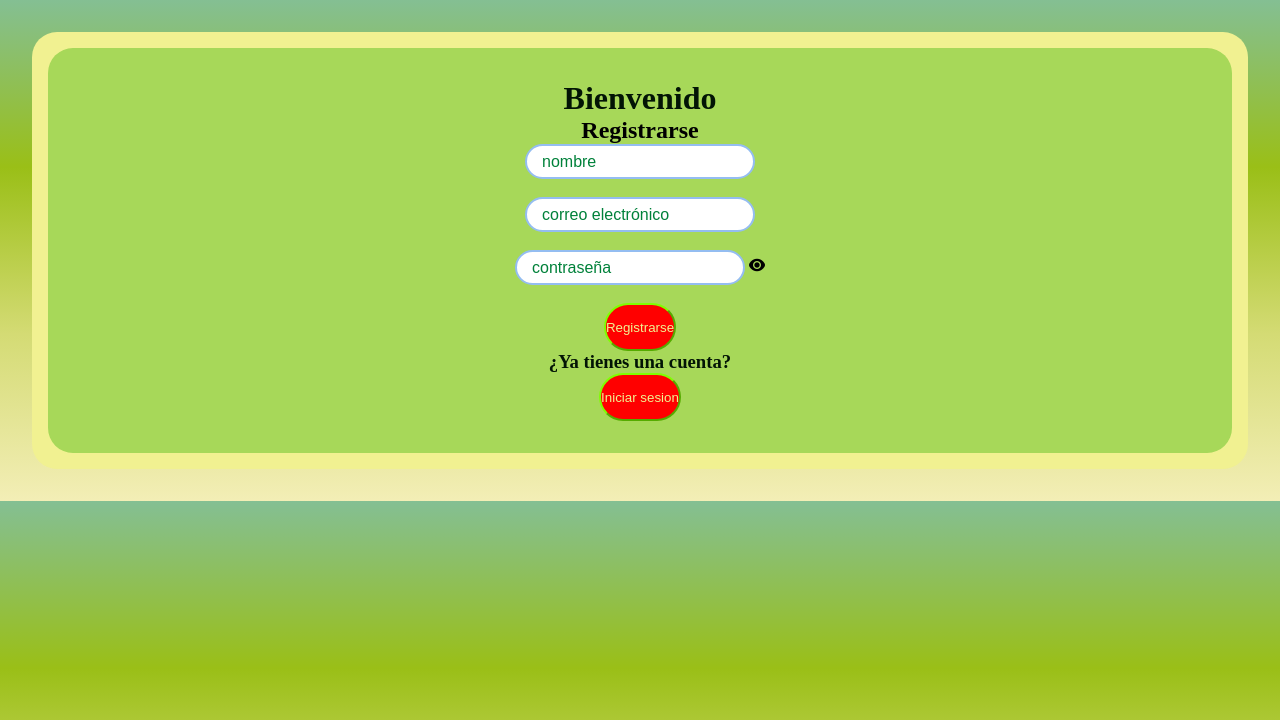
Repository: carrascokarencb37-afk/Nuura
Page: html/registrarse.html
These files come from the project's save history. The page is drawn as it stood at one moment and after the next save; the edit follows.
The browser window is 1280 px wide. The pictures show the whole page.
Some web libraries are served in a nearby version.

Above is the page before, as saved 2026-05-28 22:37:54.

### html/registrarse.html
<!DOCTYPE html>
<html lang="es">
<head>
    <meta charset="UTF-8">
    <meta name="viewport" content="width=device-width, initial-scale=1.0">

    <title>Nuura - Registrarse</title>

    <link rel="stylesheet" href="../css/style.css">
    <link rel="icon" href="../img/Nuura.png" type="png">

        <script src="../js/script.js" defer></script>

</head>
    <body>
        <div class="borde">
            <div class="cont">
                <h1>Bienvenido</h1>
                <h2>Registrarse</h2>

        <form action="../php/guardar.php" method="POST">
                <input type="text" name="nombre" placeholder="nombre" id="nombre">
                <br><br>
                <input type="email" name="correo" id="correo" placeholder="correo electrónico">
                <br><br>
            <div class="contra">
                <input type="password" name="contra" id="contra" placeholder="contraseña">
                <span onclick="mostrarContra()" class="ojo">
                    <i
                        class="fi fi-sr-eye">
                    </i>
                </span>
                <br><br>
            </div>

                <button type="submit" class="chapito">Registrarse</button>

        </form>
                <h3>¿Ya tienes una cuenta?</h3>

                <a href="iniciarsesion.html"><button class="chapito">Iniciar sesion</button></a>

            </div>
        </div>

    </body>
</html>

### css/style.css
@import url('https://cdn-uicons.flaticon.com/4.0.0/uicons-solid-rounded/css/uicons-solid-rounded.css');

/*Importar fuente chewy*/
@font-face {
    font-family: 'chewy';
    src: url(../fonts/Chewy-Regular.ttf) format('truetype');
    font-weight: normal;
    font-style: normal;
}

* {
    margin : 0;
    padding: 0;
    box-sizing: border-box;
}

body {
    background-image: linear-gradient(to top, #f3eeb6, #d4db74, #9abf17, #84bf93);
    background-size: cover;
    margin: 0;
    justify-content: center;
    text-align: center;
    padding: 2rem;
}

.titulo {
    font-family: Arial, Helvetica, sans-serif;
}

.boton {
    text-decoration: none;
}

/*Aqui empieza el estilo de INICIAR SESION.html*/
.cont{
    border-radius: 25px;
    background-color: #a7d859;
    padding: 2rem;
}
.cont h1{
    color: rgb(2, 20, 5);
    font-family:cursive;
}
.cont h3{
    color:rgb(2, 20, 5);
    font-family:cursive;
}

.borde{
    background-color: #F1F191;
    border-radius:25px;
    padding: 1rem;
}

/*registros*/
.cont input{
    border-radius:30px;
    height: 2rem;
    width: 15rem;
    border-color: rgb(148, 189, 241);
}
.cont ::placeholder{
    color: rgb(0, 129, 58);
}

input{
    color: #004d00;
    max-width: 230px;
    min-height: 35px;

    border-radius: 20px;
    border: 2px solid #4c74ff;

    padding-left: 15px;

    color: #145214;

    font-size: 16px;

    outline: none;
}


.fi fi-sr-eye{
    position: absolute;
    right: 15px;
    top: 8px;
    transform: translateY(-50%);
    cursor: pointer;
}

/*botones*/
.chapito{
    border-radius: 25px;
    background-color:rgb(78, 167, 42) ;
    border-color: chartreuse;
    height: 2rem;
    color: #F1F191;
    transition: 1s;
    background-color: red;
    height: 3rem;
    cursor: pointer;
}
.chapito:hover{
    background-color:rgb(148, 189, 241);
    color: blue;
    border-color: blue;
    transition: 1s;
    transform: scale(1.05);
}

### js/script.js
//Aqui está el código para mostrar la contraseña en el input de iniciar sesión
function mostrarContra() {
    const input = document.getElementById('contra');
    if (input.type === 'password') {
        input.type = 'text';
    }else {
        input.type = 'password';
    }

}

After the next save:
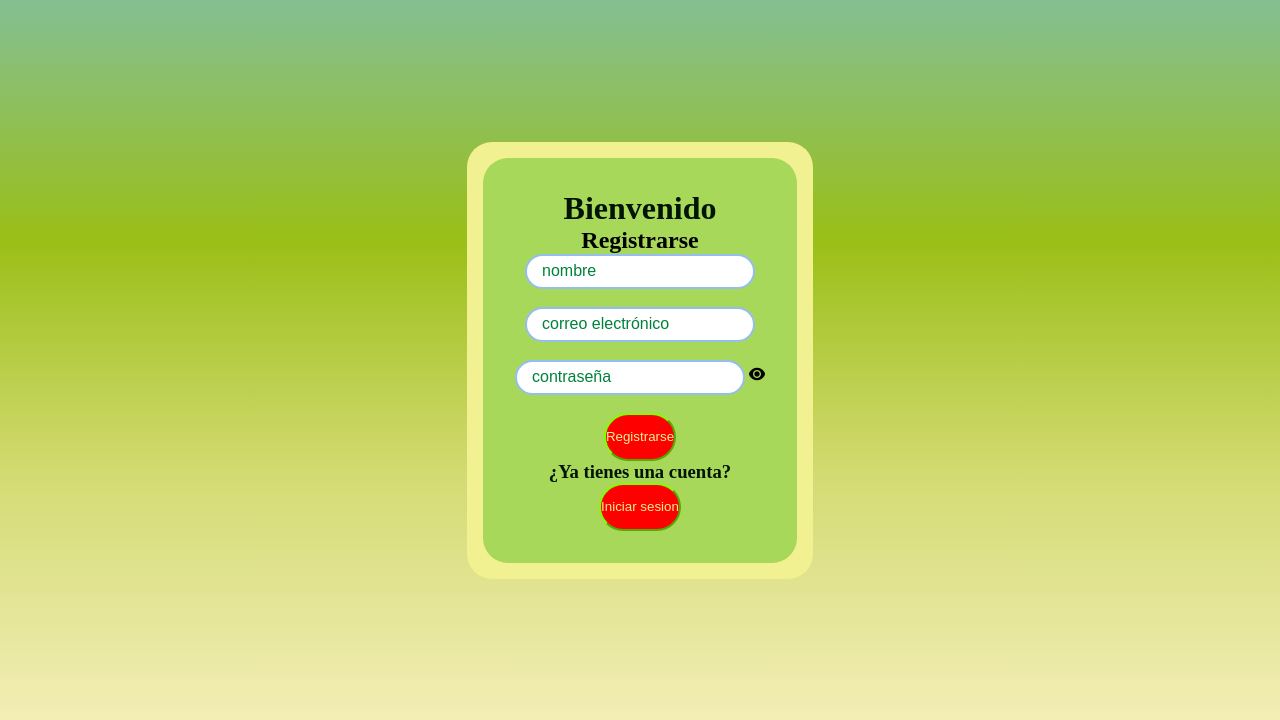
Saved 86 s later.
--- a/css/style.css
+++ b/css/style.css
@@ -17,10 +17,16 @@
 body {
     background-image: linear-gradient(to top, #f3eeb6, #d4db74, #9abf17, #84bf93);
     background-size: cover;
+    background-attachment: fixed;
+    min-height: 100vh;
     margin: 0;
+
     justify-content: center;
     text-align: center;
-    padding: 2rem;
+    padding: 1rem;
+    display: flex;
+    align-items: center;
+    justify-content: center;
 }
 
 .titulo {
